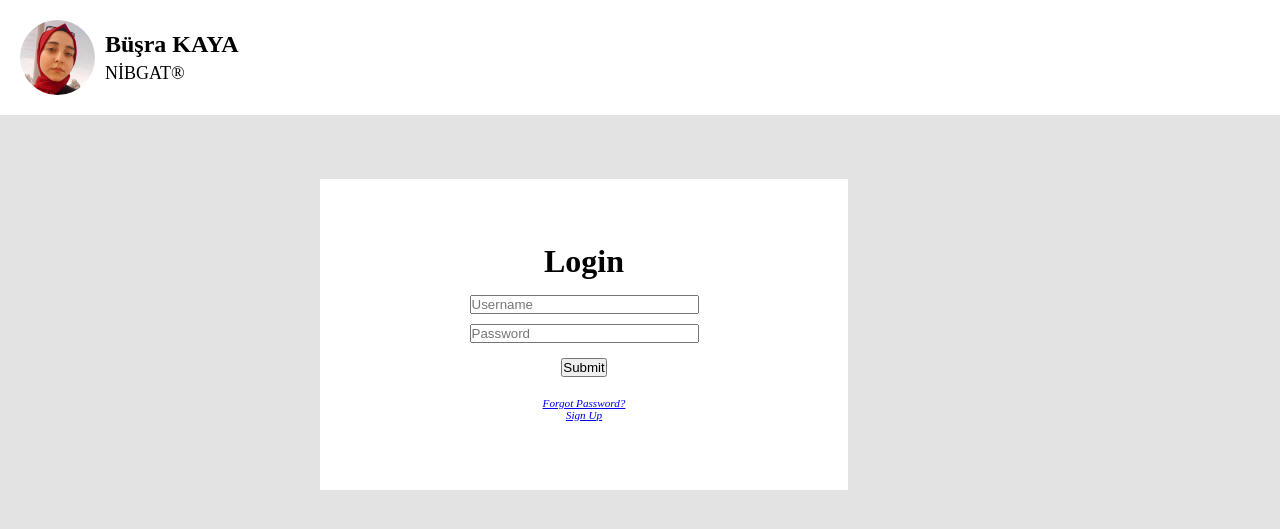
Repository: busra-kayaa/LoginPage
Page: login.html
An editor plug-in stored every save of this project. The page is shown before and after the next save, followed by the edit.
The browser window is 1280 px wide. The pictures show the whole page.

Above is the page before, as saved 2024-01-02 18:22:00.

After the next save:
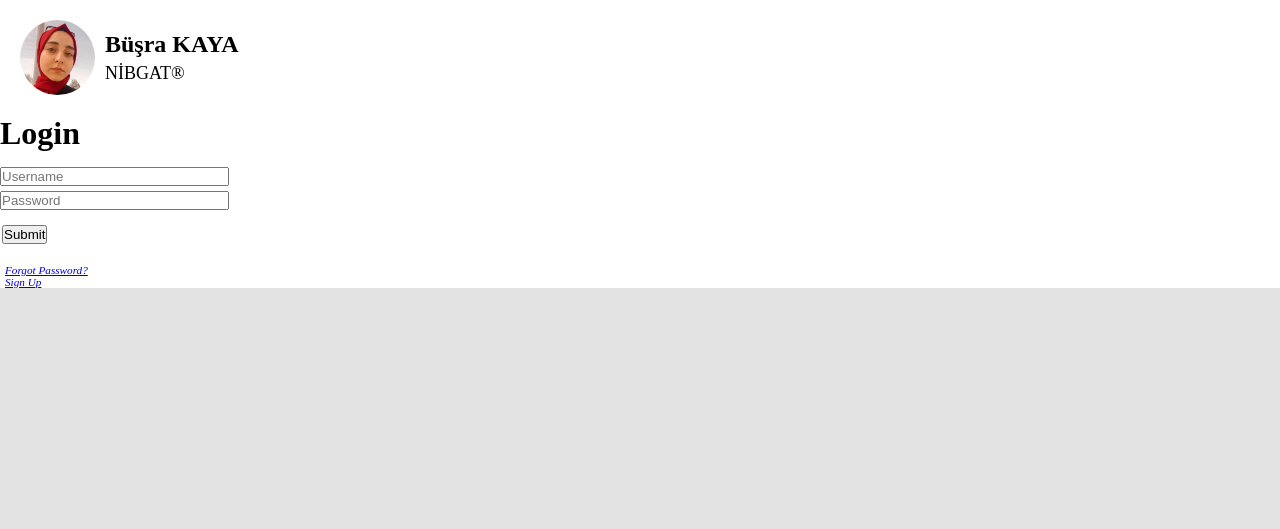
Saved 104 s later.
--- a/style.css
+++ b/style.css
@@ -49,16 +49,7 @@ body {
 
 .login-from-container {
     background-color: #ffffff;
-    flex-direction: column;
-    align-items: stretch;
-    text-align: center;
-    display: flex;
-    margin-top: 5%;
-    margin-bottom: 5%;
-    margin-right: 25%;
-    margin-left: 25%;
-    padding: 5%;
-    width: 400px;
+
 }
 
 .login-text {
